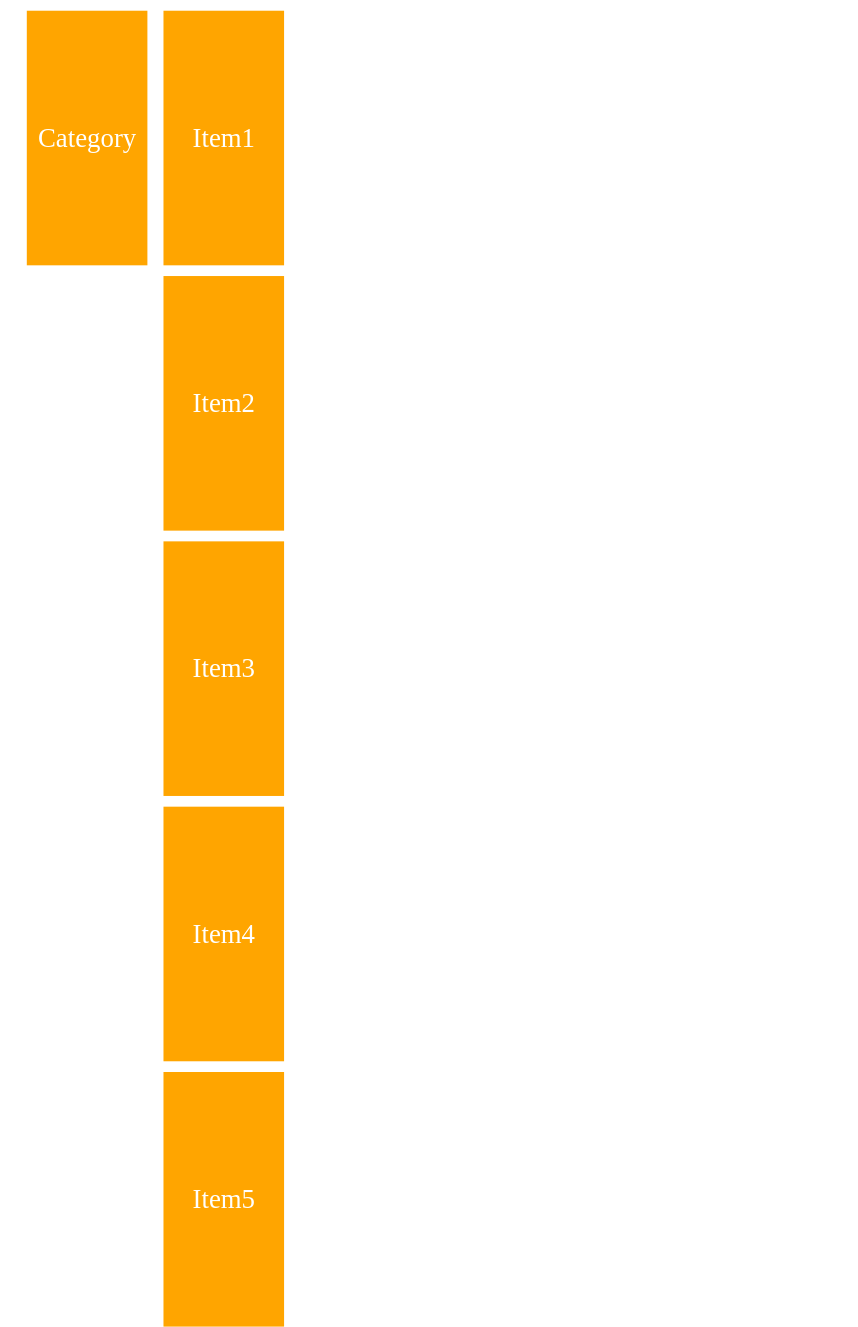
Repository: Huy48552/Grid-base
Page: layout2.html
The author's editor kept a copy of each file at every save. The page is drawn from the files as they stood at one save, then again after the next save.
The browser window is 1280 px wide. The pictures show the whole page, at 67% of full size.

Above is the page before, as saved 2021-08-23 15:10:49.

After the next save:
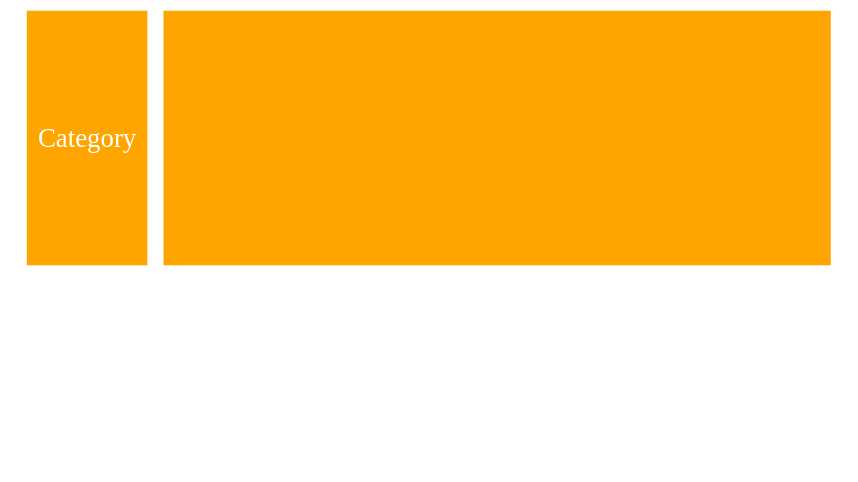
Saved 36 s later.
--- a/layout2.html
+++ b/layout2.html
@@ -16,14 +16,14 @@
             </div>
 
             <div class="col l-10">
-                <div class="row">
-                    <div class="col l-2-4">
+                <div class="item">
+                    <!-- <div class="col l-2-4">
                         <div class="item">Item1</div>
                         <div class="item">Item2</div>
                         <div class="item">Item3</div>
                         <div class="item">Item4</div>
                         <div class="item">Item5</div>
-                    </div>
+                    </div> -->
                 </div>
             </div>
         </div>
